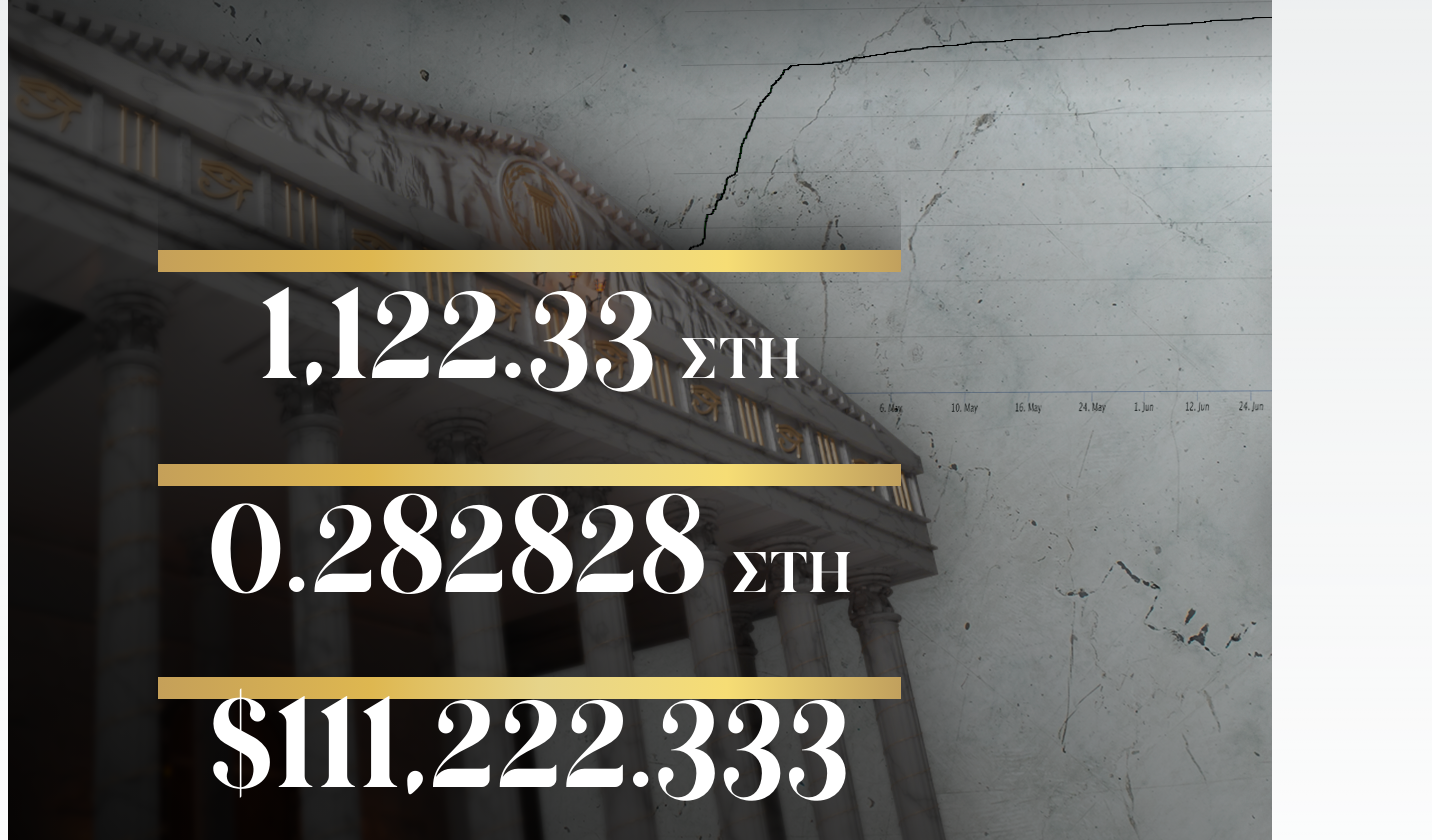
Repository: MikeeBuilds/pant2
Page: /
The author's editor kept a copy of each file at every save. The page is drawn from the files as they stood at one save, then again after the next save.
The browser window is 1280 px wide. The page is 1432 px wide, so the pictures cover 1432 px, including what lies to the right of the window. The pictures show the part of the page from y = 1560 to 2400 px (the page is 2623 px tall).
The project was rebuilt for these pictures with package versions that can differ from the ones it lists, and the page was loaded fresh each time. The framework's server and built-in components were replaced by stand-ins that run in the browser. Also part of the build but not shown: next.config.js.

Above is the page before, as saved 2023-08-20 14:50:01.

After the next save:
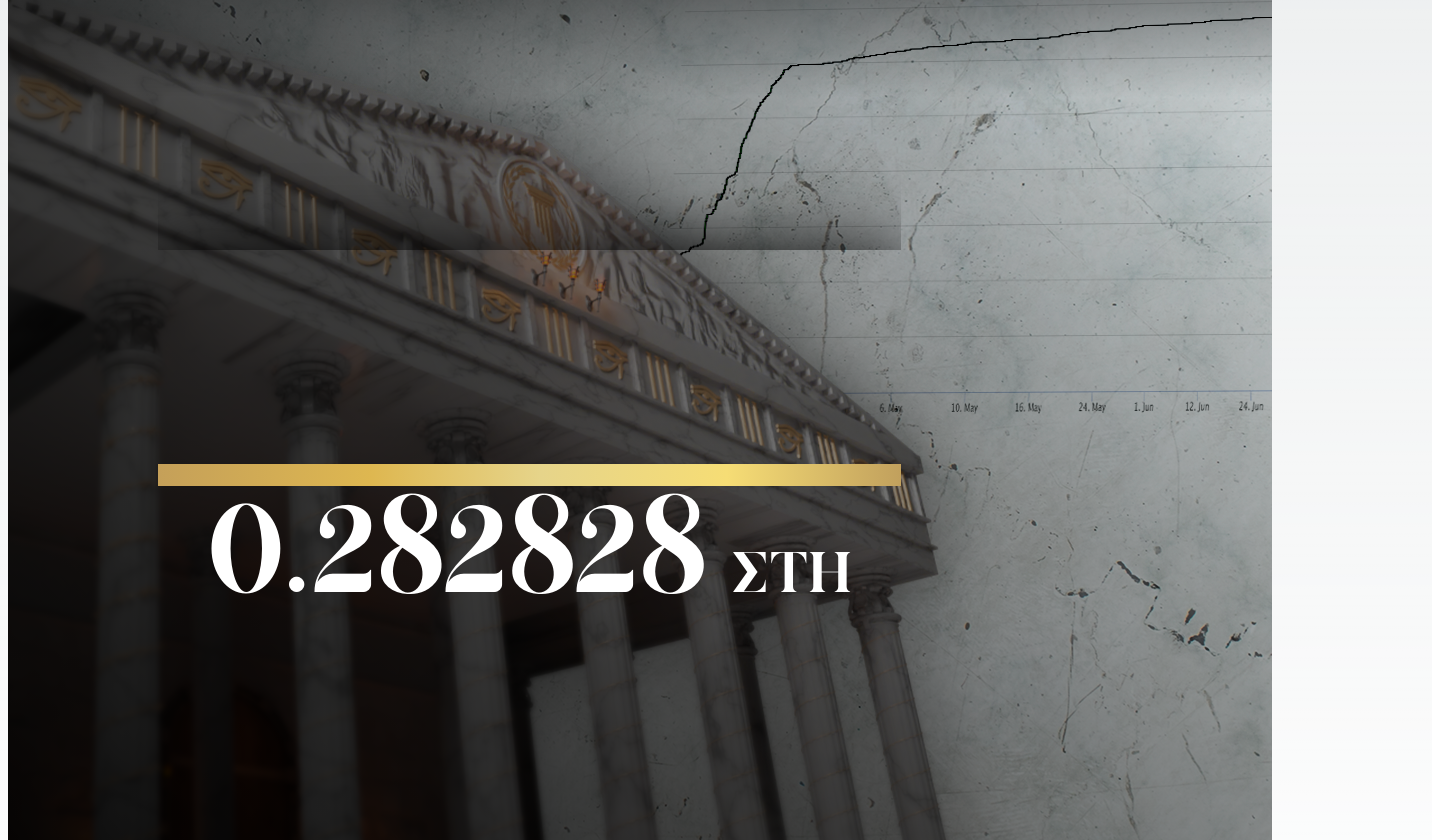
Saved 6 min 10 s later.
--- a/components/Tvl.tsx
+++ b/components/Tvl.tsx
@@ -45,62 +45,10 @@
                   </span>
                 </p>
               </div>
-              <div className="absolute top-[0px] left-[0px] inline-block w-[743px] h-[127.74px]">
-                <p className="m-0 [background:linear-gradient(89.35deg,_#c5a059,_#deb750_28.65%,_#e6d48a_51.56%,_#f6dd75_76.56%,_#c1a05d)] [-webkit-background-clip:text] [-webkit-text-fill-color:transparent]">
-                  $ETH BAcking amount
-                </p>
-                <p className="m-0 text-[124.69px]">
-                  <span className="leading-[111.85px]">
-                    <span>1,122.33</span>
-                    <span className="text-[66.01px]">{` `}</span>
-                    <span className="text-[57.21px]">eth</span>
-                  </span>
-                </p>
-              </div>
-              <div className="absolute top-[427.48px] left-[0px] inline-block w-[743px] h-[127.74px]">
-                <p className="m-0 [background:linear-gradient(89.35deg,_#c5a059,_#deb750_28.65%,_#e6d48a_51.56%,_#f6dd75_76.56%,_#c1a05d)] [-webkit-background-clip:text] [-webkit-text-fill-color:transparent]">
-                  PANTHEON LICQUIDITY Pool Amount:
-                </p>
-                <p className="m-0 text-[124.69px] leading-[111.85px]">
-                  $111,222.333
-                </p>
-              </div>
+              {/* ... */}
             </div>
           </div>
-          <div className="absolute top-[0px] left-[1224px] w-[319px] h-[72px] overflow-hidden text-3xl">
-            <div className="absolute top-[43px] left-[0px] w-[319px] h-[29px]">
-              <div className="absolute top-[8px] left-[94px] text-mini text-left hidden w-[71px] h-[13px]">
-                explore
-              </div>
-              <div className="absolute top-[4px] left-[0px] inline-block w-[78px] h-[21px]">
-                Learn
-              </div>
-              <div className="absolute top-[0px] left-[108px] w-[211px] h-[29px] overflow-hidden text-black">
-                <div className="absolute top-[0px] left-[116px] rounded [background:linear-gradient(90deg,_#c5a059,_#deb750_22.92%,_#e6d48a_46.35%,_#f6dd75_75.52%,_#b3914c)] w-[95px] h-[29px]">
-                  <div className="absolute top-[4px] left-[9px] inline-block w-[77px] h-[22px]">
-                    DAPP
-                  </div>
-                </div>
-                <div className="absolute top-[4px] left-[0px] w-[87px] h-[21px] text-left text-white">
-                  <div className="absolute top-[0px] left-[21px] inline-block w-[66px] h-[21px]">
-                    docs
-                  </div>
-                  <img
-                    className="absolute top-[2px] left-[0px] w-[17px] h-[17px] overflow-hidden"
-                    alt=""
-                    src="/menuburgerfreeiconfont-11.svg"
-                  />
-                </div>
-              </div>
-            </div>
-          </div>
-          <div className="absolute top-[0px] left-[899px] w-[827px] h-[1349.27px] overflow-hidden">
-            <img
-              className="absolute top-[34px] left-[0px] w-[827px] h-[1180.27px] object-cover"
-              alt=""
-              src="/column@2x.png"
-            />
-          </div>
+          {/* ... */}
         </div>
       </div>
     </div>

After the save that followed:
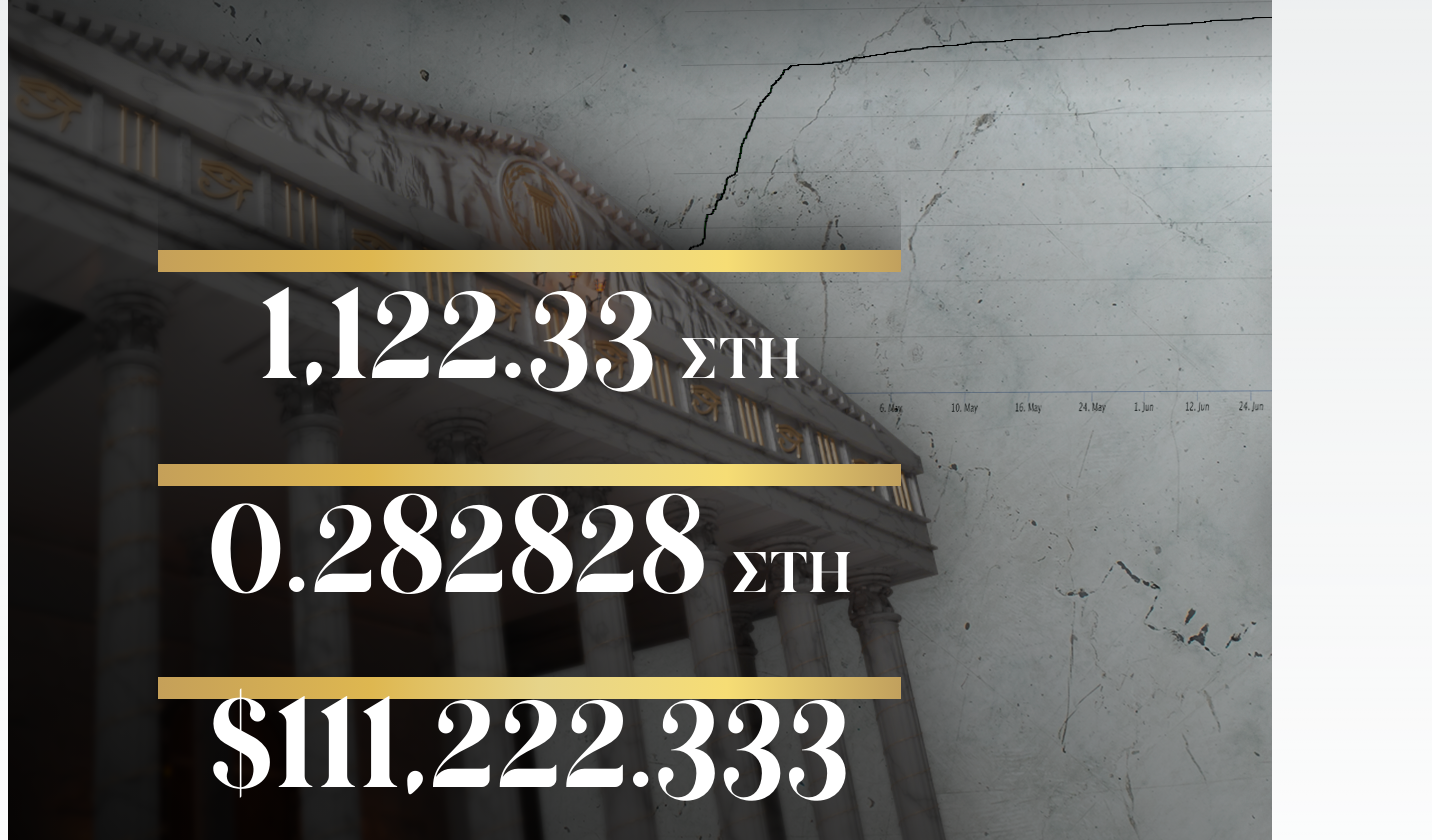
Saved 7 s later.
--- a/components/Tvl.tsx
+++ b/components/Tvl.tsx
@@ -45,10 +45,62 @@
                   </span>
                 </p>
               </div>
-              {/* ... */}
+              <div className="absolute top-[0px] left-[0px] inline-block w-[743px] h-[127.74px]">
+                <p className="m-0 [background:linear-gradient(89.35deg,_#c5a059,_#deb750_28.65%,_#e6d48a_51.56%,_#f6dd75_76.56%,_#c1a05d)] [-webkit-background-clip:text] [-webkit-text-fill-color:transparent]">
+                  $ETH BAcking amount
+                </p>
+                <p className="m-0 text-[124.69px]">
+                  <span className="leading-[111.85px]">
+                    <span>1,122.33</span>
+                    <span className="text-[66.01px]">{` `}</span>
+                    <span className="text-[57.21px]">eth</span>
+                  </span>
+                </p>
+              </div>
+              <div className="absolute top-[427.48px] left-[0px] inline-block w-[743px] h-[127.74px]">
+                <p className="m-0 [background:linear-gradient(89.35deg,_#c5a059,_#deb750_28.65%,_#e6d48a_51.56%,_#f6dd75_76.56%,_#c1a05d)] [-webkit-background-clip:text] [-webkit-text-fill-color:transparent]">
+                  PANTHEON LICQUIDITY Pool Amount:
+                </p>
+                <p className="m-0 text-[124.69px] leading-[111.85px]">
+                  $111,222.333
+                </p>
+              </div>
             </div>
           </div>
-          {/* ... */}
+          <div className="absolute top-[0px] left-[1224px] w-[319px] h-[72px] overflow-hidden text-3xl">
+            <div className="absolute top-[43px] left-[0px] w-[319px] h-[29px]">
+              <div className="absolute top-[8px] left-[94px] text-mini text-left hidden w-[71px] h-[13px]">
+                explore
+              </div>
+              <div className="absolute top-[4px] left-[0px] inline-block w-[78px] h-[21px]">
+                Learn
+              </div>
+              <div className="absolute top-[0px] left-[108px] w-[211px] h-[29px] overflow-hidden text-black">
+                <div className="absolute top-[0px] left-[116px] rounded [background:linear-gradient(90deg,_#c5a059,_#deb750_22.92%,_#e6d48a_46.35%,_#f6dd75_75.52%,_#b3914c)] w-[95px] h-[29px]">
+                  <div className="absolute top-[4px] left-[9px] inline-block w-[77px] h-[22px]">
+                    DAPP
+                  </div>
+                </div>
+                <div className="absolute top-[4px] left-[0px] w-[87px] h-[21px] text-left text-white">
+                  <div className="absolute top-[0px] left-[21px] inline-block w-[66px] h-[21px]">
+                    docs
+                  </div>
+                  <img
+                    className="absolute top-[2px] left-[0px] w-[17px] h-[17px] overflow-hidden"
+                    alt=""
+                    src="/menuburgerfreeiconfont-11.svg"
+                  />
+                </div>
+              </div>
+            </div>
+          </div>
+          <div className="absolute top-[0px] left-[899px] w-[827px] h-[1349.27px] overflow-hidden">
+            <img
+              className="absolute top-[34px] left-[0px] w-[827px] h-[1180.27px] object-cover"
+              alt=""
+              src="/column@2x.png"
+            />
+          </div>
         </div>
       </div>
     </div>
